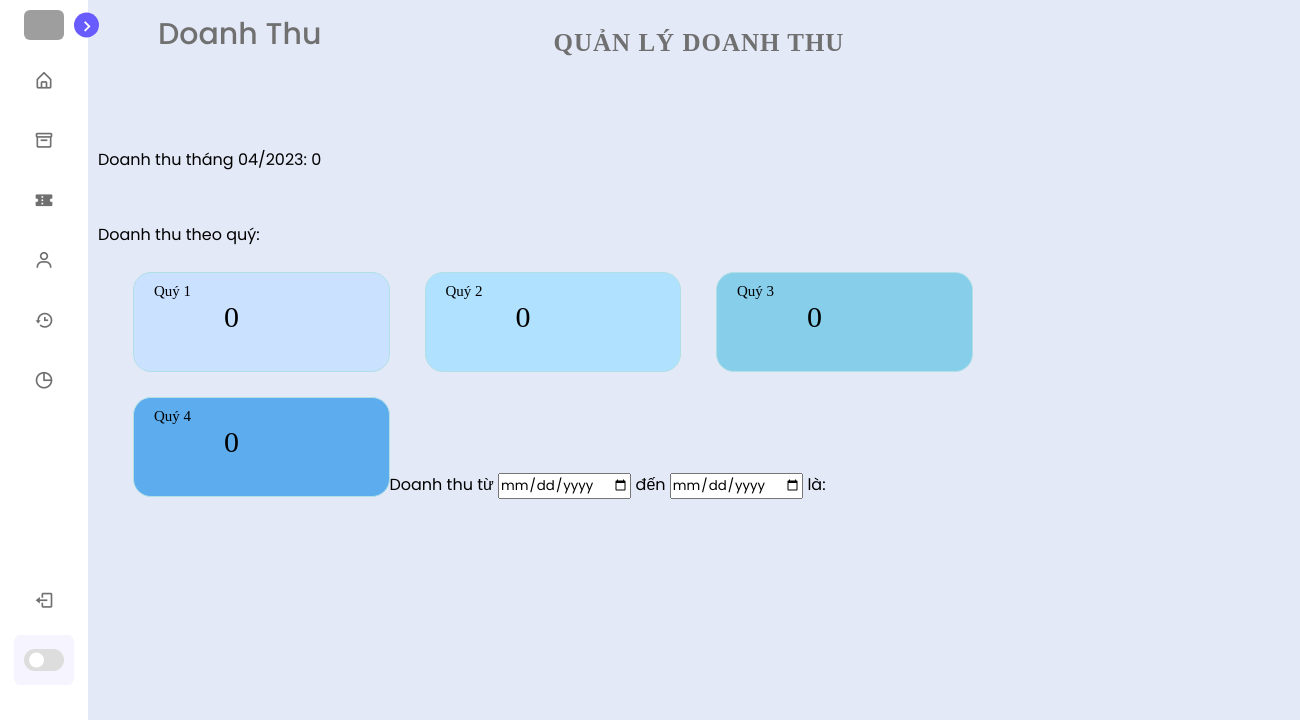
Repository: JeffDaveHudson/CapstoneProject
Page: http://localhost/CapstoneProject/revenue
An editor plug-in stored every save of this project. The page is shown before and after the next save, followed by the edit.
The browser window is 1280 px wide. The page is 1300 px wide, so the pictures cover 1300 px, including what lies to the right of the window. The pictures show the whole page.
Pictures or frames that could not be fetched are drawn as grey boxes. The page is served by Tomcat 9. Queries for data that is not in the repository find no rows.

Above is the page before, as saved 2023-06-14 04:12:42.

After the next save:
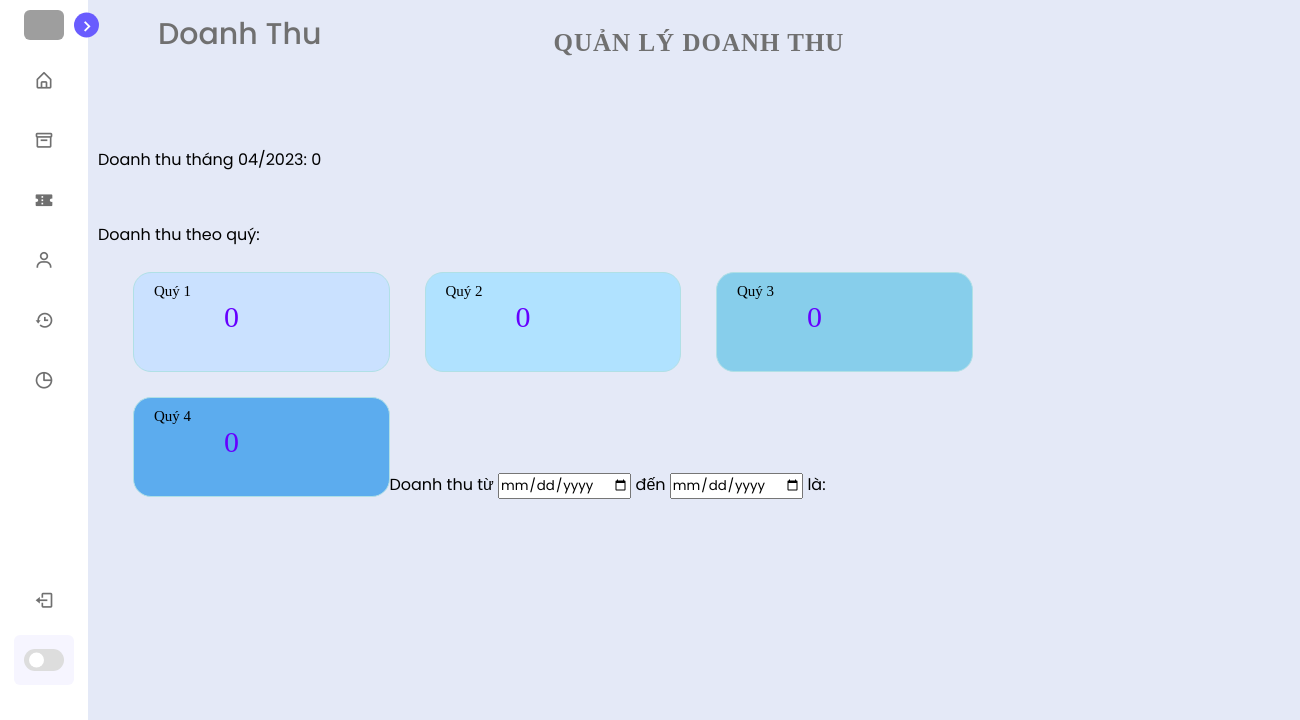
Saved 4 s later.
--- a/CapstoneProject/src/main/webapp/admin/Revenue.jsp
+++ b/CapstoneProject/src/main/webapp/admin/Revenue.jsp
@@ -48,7 +48,7 @@
 	margin-left: 90px;
 	font-family: fantasy;
 	font-size: 30px;
-	color: 6600FF;
+	color: #6600FF;
 }
 </style>
 
